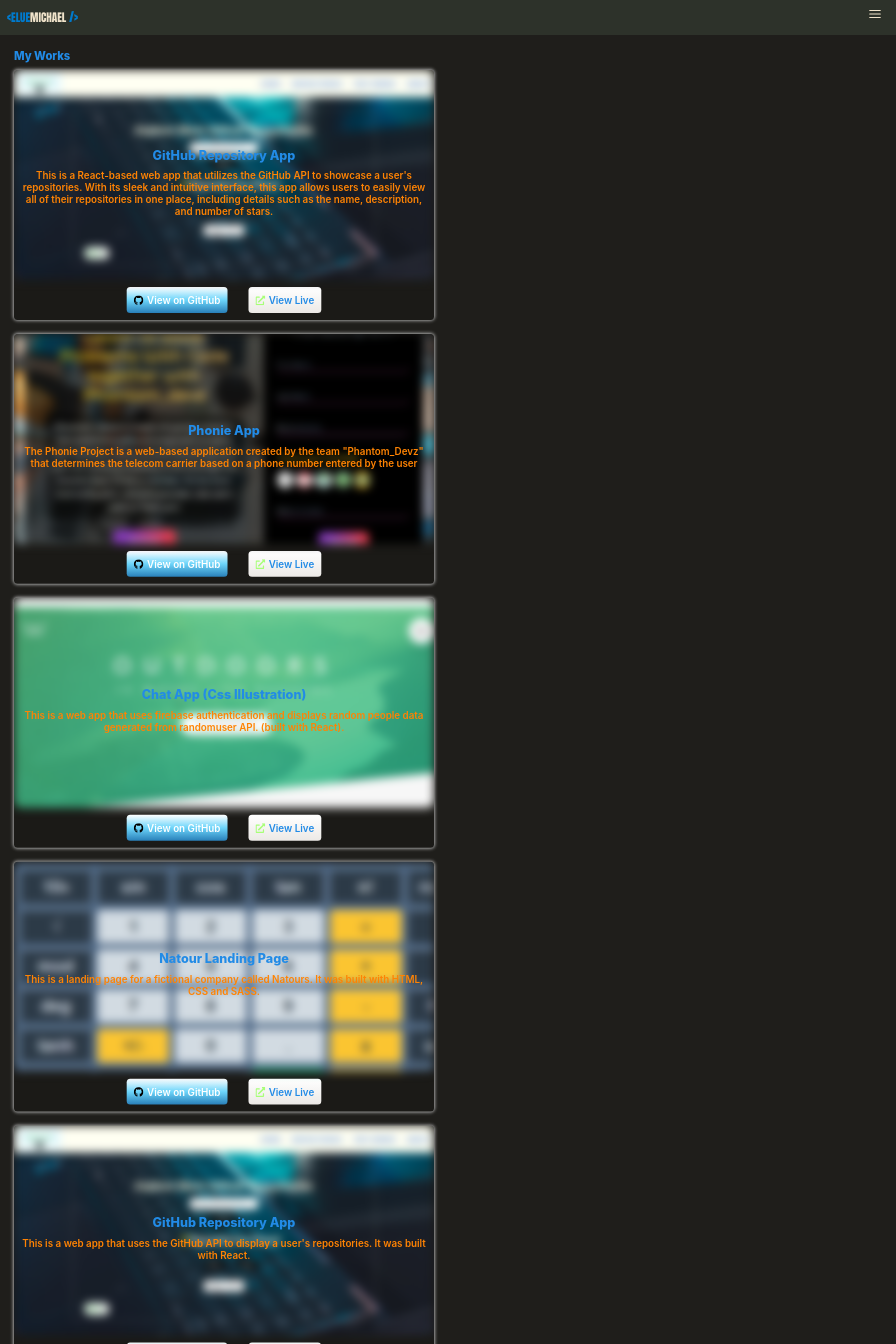
Repository: MikkyPrestige/portfolio
Page: /projects
An editor plug-in stored every save of this project. The page is shown before and after the next save, followed by the edit.
The browser window is 1280 px wide. The pictures show the part of the page from y = 0 to 1920 px (the page is 5001 px tall before and 4351 px after), at 70% of full size.
The project was rebuilt for these pictures with package versions that can differ from the ones it lists, and the page was loaded fresh each time. Also part of the build but not shown: src/components/avatar.jsx, src/components/home.jsx, src/components/about.jsx, src/components/fallback.jsx.

Above is the page before, as saved 2023-02-21 19:41:04.

After the next save:
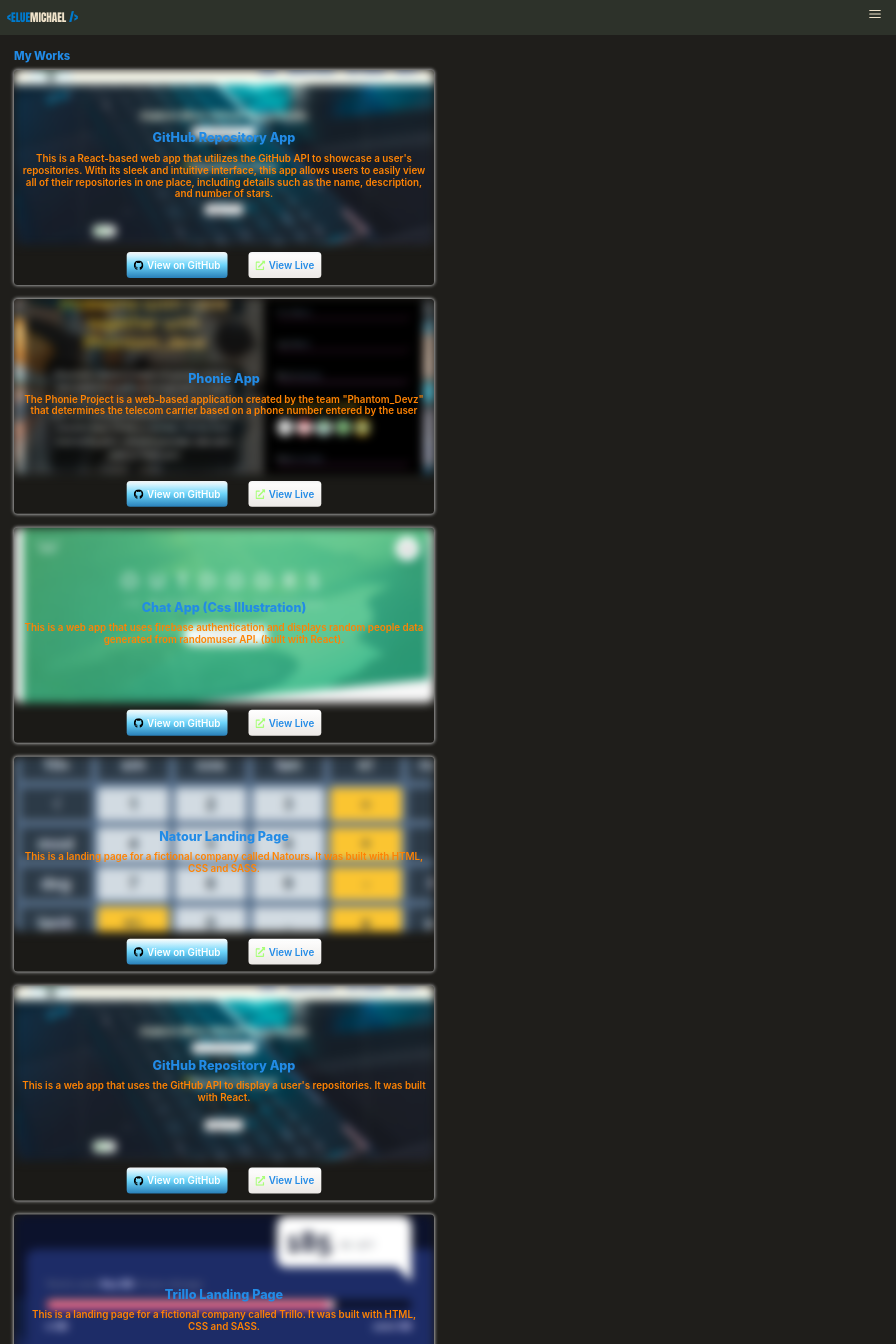
Saved 84 s later.
--- a/src/assets/styles/sass/pages/_projects.scss
+++ b/src/assets/styles/sass/pages/_projects.scss
@@ -43,13 +43,12 @@
       top: 0;
       left: 0;
       width: 100%;
-      height: 30rem;
+      height: 25rem;
       border-radius: 1rem;
       background-size: cover;
       background-position: center;
       background-repeat: no-repeat;
       filter: blur(0.7rem);
-      //z-index: 1;
 
       &-1 {
         background-image: url(../../../images/repoApp.jpeg);
@@ -109,7 +108,7 @@
     }
 
     &__content {
-      height: 30rem;
+      height: 25rem;
       width: 100%;
       display: flex;
       flex-direction: column;
